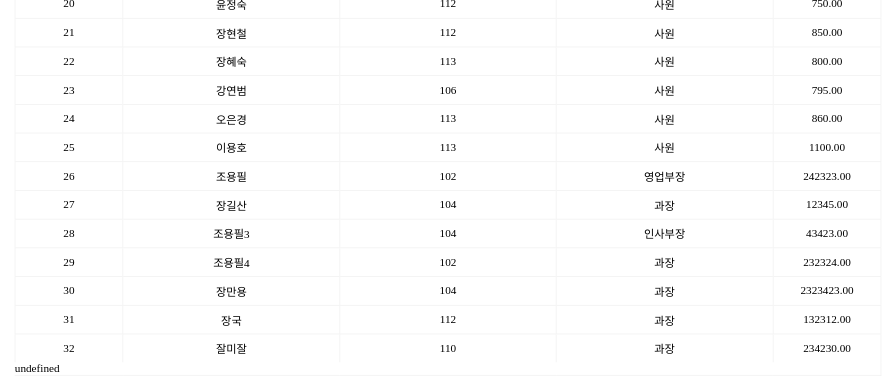
Repository: Migorithm/front_work
Page: front09_VUE/src/main/webapp/index01.html
These files come from the project's save history. The page is drawn as it stood at one moment and after the next save; the edit follows.
The browser window is 1280 px wide. The pictures show the part of the page from y = 932 to 2852 px (the page is 1476 px tall before and 2852 px after), at 70% of full size.
Some web libraries are served in a nearby version.

Above is the page before, as saved 2021-09-09 06:02:26.

### front09_VUE/src/main/webapp/index01.html
<!DOCTYPE html>
<html>
<head>
<meta http-equiv="Content-Type" content="text/html;charset=utf-8" />
<link rel="stylesheet" type="text/css" href="./table.css"/>
<title>ENCORE</title>
  <script src="https://unpkg.com/vue"></script>
  <script src="https://cdnjs.cloudflare.com/ajax/libs/axios/0.18.0/axios.js"></script>
  <script src="https://cdn.jsdelivr.net/npm/vue"></script>
</head>
<body>
<div id='app'>
<div class='headtitle'><h2>ENCORE HRM LIST</h2></div>
<div class='search_box'>
<a href='./index04.html'>사원추가</a> |
<a href='./index03.html'>이름으로 찾기</a> |
<a href='./index02.html'>아이디로 찾기</a> |
<a href='./index01.html'>모든사원 보기</a>
</div>
<table class='list_table'>
<col width="10%"><col width="20%">
<col width="20%"><col width="20%"><col width="10%">
<thead>
<tr>
  <th>사원 아이디</th>
  <th>사원명</th>
  <th>부서</th>
  <th>직책</th>
  <th>연봉</th>
</tr>
</thead>
<tbody>
	<!--  여기에 <tr v-for -->
	<tr v-for="emp in employee" v-if="Number.isInteger(emp.salary)">
		<td>{{emp.id}}</td><td>{{emp.name}}</td><td>{{emp.dept_id}}</td><td>{{emp.title}}</td><td >{{emp.salary | rounder}}</td>
	</tr>
	<tr v-for="emp in employee" v-else>
		<td>{{emp.id}}</td><td>{{emp.name}}</td><td>{{emp.dept_id}}</td><td>{{emp.title}}</td><td >{{emp.salary}}</td>
	</tr>
</tbody>
</table>
</div>
</body>
<script>
	var app = new Vue({
		el:"#app",
		data:{employee:[
			{"id":1,"name":"박구곤","mailid":"sky98","start_date":"1990-03-03","manager_id":0,"title":"사장","dept_id":118,"salary":5000.0,"commission_pct":0.0},
			{"id":2,"name":"손명성","mailid":"2xxsig","start_date":"1990-03-08","manager_id":1,"title":"기획부장","dept_id":110,"salary":3000.0,"commission_pct":0.0},
			{"id":3,"name":"이은선","mailid":"ch21175","start_date":"1991-06-17","manager_id":1,"title":"영업부장","dept_id":102,"salary":3500.0,"commission_pct":0.0},
			{"id":4,"name":"서의홍","mailid":"mquickto","start_date":"1990-04-07","manager_id":1,"title":"총무부장","dept_id":101,"salary":3000.0,"commission_pct":0.0},
			{"id":5,"name":"김심선","mailid":"aropebur","start_date":"1990-03-04","manager_id":1,"title":"인사부장","dept_id":118,"salary":3200.0,"commission_pct":0.0},
			{"id":6,"name":"전지영","mailid":"murguhar","start_date":"1991-01-18","manager_id":2,"title":"과장","dept_id":110,"salary":2400.0,"commission_pct":0.0},
			{"id":7,"name":"김정미","mailid":"enchu","start_date":"1990-05-14","manager_id":2,"title":"과장","dept_id":111,"salary":2400.0,"commission_pct":0.0},
			{"id":8,"name":"신기웅","mailid":"bbiri","start_date":"1990-04-07","manager_id":2,"title":"과장","dept_id":112,"salary":2100.0,"commission_pct":0.0},
			{"id":9,"name":"이상헌","mailid":"acatchpo","start_date":"1992-02-09","manager_id":2,"title":"과장","dept_id":113,"salary":2300.0,"commission_pct":0.0},
			{"id":10,"name":"최순철","mailid":"mhavel","start_date":"1991-02-27","manager_id":2,"title":"과장","dept_id":113,"salary":2300.0,"commission_pct":0.0},
			{"id":11,"name":"최정선","mailid":"cmagee","start_date":"1990-05-14","manager_id":3,"title":"영업대표이사","dept_id":102,"salary":2450.0,"commission_pct":10.0},
			{"id":12,"name":"안은경","mailid":"hgiljum","start_date":"1992-01-18","manager_id":3,"title":"영업대표이사","dept_id":103,"salary":2500.0,"commission_pct":12.5},
			{"id":13,"name":"김석우","mailid":"ysedeghi","start_date":"1991-02-18","manager_id":3,"title":"영업대표이사","dept_id":104,"salary":2650.0,"commission_pct":10.0},
			{"id":14,"name":"박성규","mailid":"mnguyen","start_date":"1992-01-22","manager_id":3,"title":"영업대표이사","dept_id":105,"salary":2650.0,"commission_pct":15.0},
			{"id":15,"name":"신종필","mailid":"adumas","start_date":"1991-10-09","manager_id":3,"title":"영업대표이사","dept_id":106,"salary":2400.0,"commission_pct":17.5},
			{"id":16,"name":"이기철","mailid":"emaduro","start_date":"1992-02-07","manager_id":6,"title":"사원","dept_id":110,"salary":2400.0,"commission_pct":0.0},
			{"id":17,"name":"구원상","mailid":"gsmith","start_date":"1990-03-08","manager_id":6,"title":"사원","dept_id":110,"salary":940.0,"commission_pct":0.0},
			{"id":18,"name":"서정주","mailid":"anozaki","start_date":"1991-02-09","manager_id":7,"title":"사원","dept_id":111,"salary":1200.0,"commission_pct":0.0},
			{"id":19,"name":"안창환","mailid":"vpatel","start_date":"1991-08-06","manager_id":7,"title":"사원","dept_id":111,"salary":795.0,"commission_pct":0.0},
			{"id":20,"name":"윤정숙","mailid":"cnewman","start_date":"1991-07-21","manager_id":8,"title":"사원","dept_id":112,"salary":750.0,"commission_pct":0.0},
			{"id":21,"name":"장현철","mailid":"amarkari","start_date":"1991-05-26","manager_id":8,"title":"사원","dept_id":112,"salary":850.0,"commission_pct":0.0},
			{"id":22,"name":"장혜숙","mailid":"echang","start_date":"1990-11-30","manager_id":9,"title":"사원","dept_id":113,"salary":800.0,"commission_pct":0.0},
			{"id":23,"name":"강연범","mailid":"rpatel","start_date":"1990-10-17","manager_id":9,"title":"사원","dept_id":106,"salary":795.0,"commission_pct":0.0},
			{"id":24,"name":"오은경","mailid":"bdancs","start_date":"1991-03-17","manager_id":10,"title":"사원","dept_id":113,"salary":860.0,"commission_pct":0.0},
			{"id":25,"name":"이용호","mailid":"sschwart","start_date":"1991-05-09","manager_id":10,"title":"사원","dept_id":113,"salary":1100.0,"commission_pct":0.0},
			{"id":26,"name":"조용필","mailid":"czccc","start_date":"2019-04-08","manager_id":1,"title":"영업부장","dept_id":102,"salary":242323.0,"commission_pct":0.0},
			{"id":27,"name":"장길산","mailid":"jang","start_date":"2019-04-08","manager_id":5,"title":"과장","dept_id":104,"salary":12345.0,"commission_pct":0.0},
			{"id":28,"name":"조용필3","mailid":"cjo","start_date":"2019-04-07","manager_id":3,"title":"인사부장","dept_id":104,"salary":43423.0,"commission_pct":0.0},
			{"id":29,"name":"조용필4","mailid":"joj","start_date":"2019-04-02","manager_id":3,"title":"과장","dept_id":102,"salary":232324.0,"commission_pct":0.0},
			{"id":30,"name":"장만용","mailid":"ja","start_date":"2019-04-08","manager_id":3,"title":"과장","dept_id":104,"salary":2323423.0,"commission_pct":0.0},
			{"id":31,"name":"장국","mailid":"janguk","start_date":"2019-04-08","manager_id":1,"title":"과장","dept_id":112,"salary":132312.0,"commission_pct":0.0},
			{"id":32,"name":"잘미잘","mailid":"dfsdfd","start_date":"2019-03-11","manager_id":1,"title":"과장","dept_id":110,"salary":234230.0,"commission_pct":0.0},
			{"id":33,"name":"고국","mailid":"gogul","start_date":"2019-04-01","manager_id":1,"title":"과장","dept_id":103,"salary":11111.333,"commission_pct":0.0}]},
		filters:{rounder:function(value){

			return parseFloat(value) +".00"


		}}


	})

 </script>
</html>

### front09_VUE/src/main/webapp/table.css
@CHARSET "UTF-8";
/* input elements */
input		{font-size:12px;}
textarea	{font-size:12px;}
input.txt	{padding-top:3px; height:18px;}
select		{font-size:12px; height:20px;}
 .headtitle  { margin:auto; padding:0px; text-align:center; color: blue; font-family: serif;}
 .headtitle  > h2 { margin:auto; padding:0px; text-align:center; color: blue; font-family: serif; }
	.list_table { width:98%; border-bottom:1px solid #EFEFEF; border-right:1px solid #EFEFEF; border-collapse:collapse; margin-left:auto; margin-right:auto; clear:both; }
	.list_table2 { width:98%; border-bottom:1px solid #EFEFEF; border-right:1px solid #EFEFEF; border-collapse:collapse; margin-left:auto; margin-right:auto; clear:both; vertical-align:middle; text-align: center}
	.list_table td,.list_table th { text-align:center; border-top:1px solid #EFEFEF; border-left:1px solid #EFEFEF; padding:0.3em; }
	.list_table th { background-color:#4D6BB3; color:#FFFFFF; line-height:1.7em; font-weight:normal;}
	.list_table tr td { padding-top:0.5em; padding-bottom:0.5em;}
	.list_table td.title { padding-left:0.5em; text-align:left; }
	.list_table td.title a:hover { text-decoration:underline; }
	.list_table th, .list_table td { vertical-align:middle; }

	.list_table select { height:19px; border:#CCCCCC solid 1px; vertical-align:middle; line-height: 1.8em; padding-left:0px; }
	.list_table select option { margin-right:10px; }
	.list_table .selected_row { border:solid 0px #EFEFEF; }
	.list_table .sele { padding:0; margin:0; }

	.content_table { width:98%; border-bottom:1px solid #EFEFEF; border-right:1px solid #EFEFEF; border-collapse:collapse; margin-left:auto; margin-right:auto;  clear:both; }
	.content_table td, .content_table th { text-align:center; border-top:1px solid #EFEFEF; border-left:1px solid #EFEFEF; padding:0.3em; }
	.content_table th { background-color:#4D6BB3; color:#FFFFFF; line-height: 1.7em; font-weight:normal;}
	.content_table td { padding-left:5px; text-align:left; line-height: 1.7em; }
	.content_table td.contents { width:100%; height:400px; overflow:auto; }

	.content_table th, .content_table td { vertical-align:middle; }

	.content_table select { height:19px; border:#CCCCCC solid 1px; vertical-align:middle; line-height: 1.8em; padding-left:0px; }
	.content_table select option { margin-right:10px; }

	#files_wrap { width:99.5%; margin-left:auto; margin-right:auto; }
	#files_wrap #_file_list_item { list-style-type:disc; }

	.box_border { width:98%; border-width:1px; border-style:solid; border-color:#EFEFEF; background-color:#FFFFFF; text-align:right; padding:2px; margin-top:5px; margin-bottom:10px; margin-left:auto; margin-right:auto;}
	.search_box { width:98%; border-width:1px; border-style:solid; border-color:#EFEFEF; background-color:#FFFFFF; padding:2px; padding-top:7px; padding-bottom:7px; margin-top:5px; margin-bottom:10px; margin-left:auto; margin-right:auto; margin-top:5px; margin-bottom:10px; text-align:center; line-height:2.1em;}

	.items_title { text-align:left; margin-left:auto; margin-right:auto; padding-left:28px; padding-top:3px; background-image:url("../image/shape_square.png"); background-repeat:no-repeat; background-position:10px 0px; margin-top:25px; margin-bottom:1px; font-size:12px; font-weight:bold; }
	.items_description { width:98%; border-width:1px; border-style: solid; border-color:#EFEFEF; background-color:#FFFFFF; text-align:left; line-height:2.5; padding:2px; margin:0px;}

	.checkbox_lable {
		vertical-align:2px; margin-left:5px; margin-right:5px;
		_vertical-align:4px; _margin-left:0px; _margin-right:2px;   /* IE6 Hack */
	}

	.go_view { cursor:pointer; text-align:left; padding-left:3px;}

	.calendar_icon { cursor:pointer; border:0; width:22px; vertical-align:-6px; *vertical-align:-6px; }

	.tored {color:#aabbcc;background-color: #ddbbaa}

After the next save:
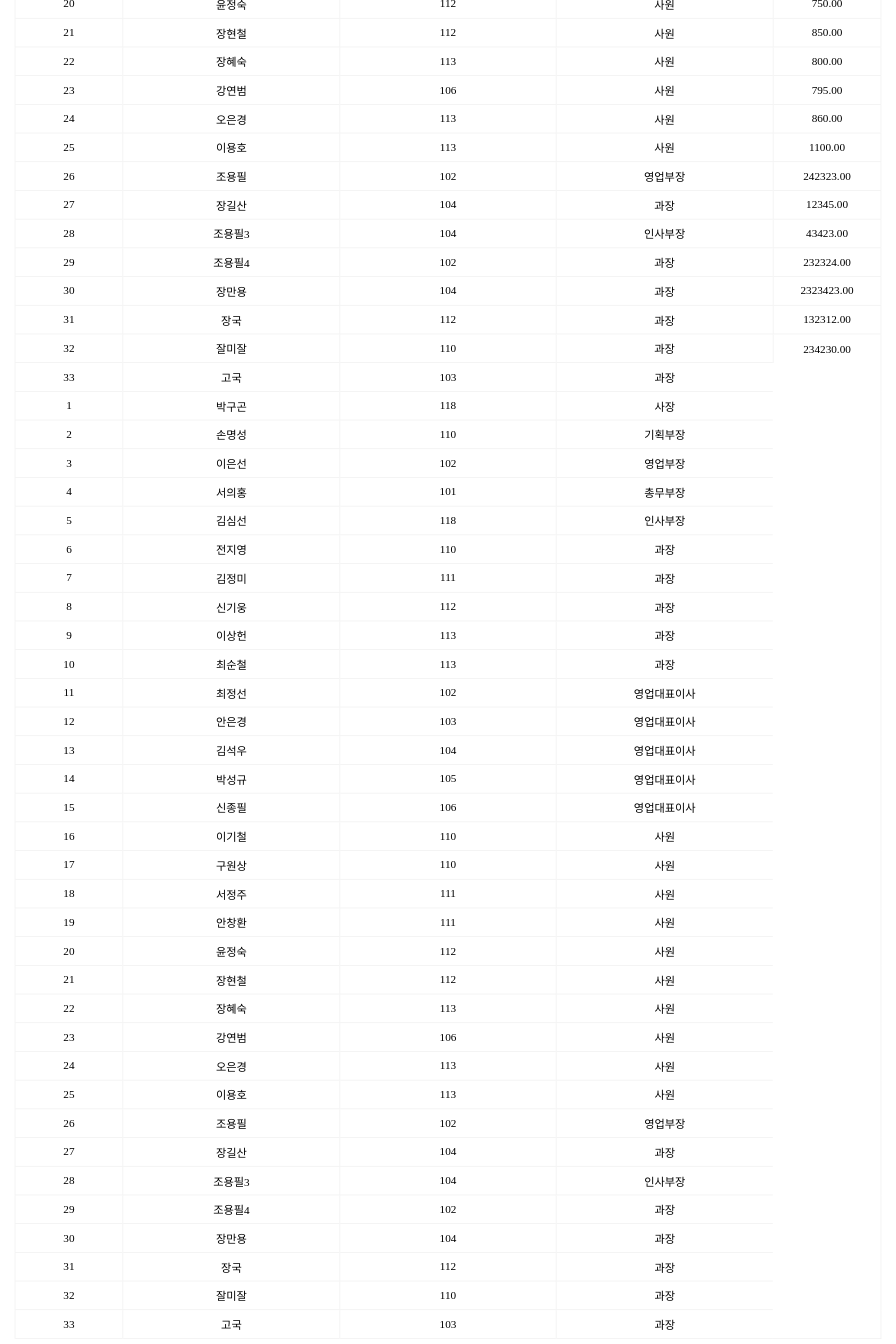
Saved 71 s later.
--- a/front09_VUE/src/main/webapp/index01.html
+++ b/front09_VUE/src/main/webapp/index01.html
@@ -31,11 +31,11 @@
 </thead>
 <tbody>
 	<!--  여기에 <tr v-for -->
-	<tr v-for="emp in employee" v-if="Number.isInteger(emp.salary)">
-		<td>{{emp.id}}</td><td>{{emp.name}}</td><td>{{emp.dept_id}}</td><td>{{emp.title}}</td><td >{{emp.salary | rounder}}</td>
+	<tr v-for="emp in employee">
+		<td>{{emp.id}}</td><td>{{emp.name}}</td><td>{{emp.dept_id}}</td><td>{{emp.title}}</td><td v-if="Number.isInteger(emp.salary)">{{emp.salary | rounder}}</td>
 	</tr>
-	<tr v-for="emp in employee" v-else>
-		<td>{{emp.id}}</td><td>{{emp.name}}</td><td>{{emp.dept_id}}</td><td>{{emp.title}}</td><td >{{emp.salary}}</td>
+	<tr v-for="emp in employee">
+		<td>{{emp.id}}</td><td>{{emp.name}}</td><td>{{emp.dept_id}}</td><td>{{emp.title}}</td><td v-else>{{emp.salary}}</td>
 	</tr>
 </tbody>
 </table>
